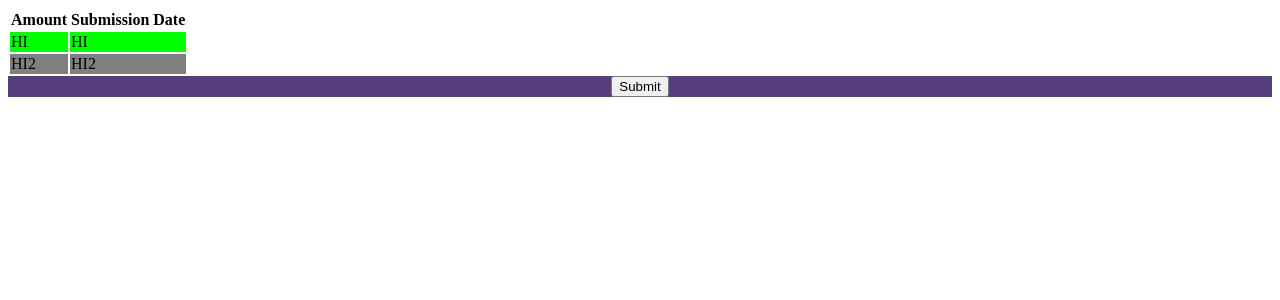
Repository: AlexHajek93/Workspace
Page: http://localhost/ERS_Web/Test.jsp
An editor plug-in stored every save of this project. The page is shown before and after the next save, followed by the edit.
The browser window is 1280 px wide. The pictures show the whole page.
The page is served by Tomcat 9.

Above is the page before, as saved 2016-08-11 23:32:56.

After the next save:
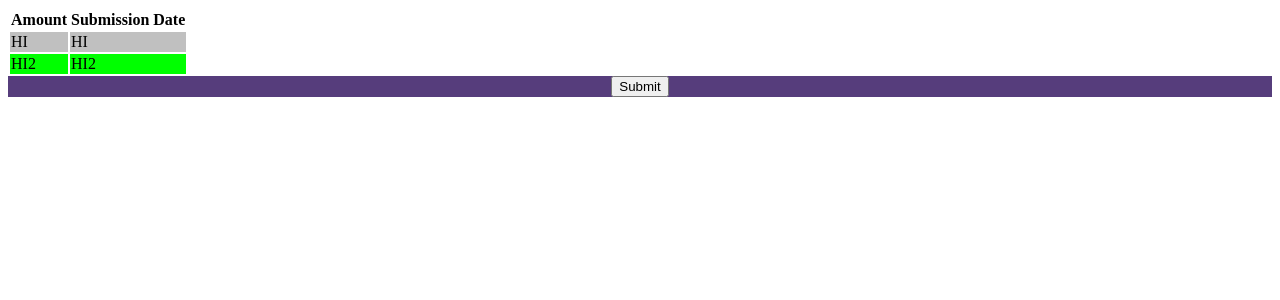
Saved 26 s later.
--- a/ERS_Web/WebContent/Test.jsp
+++ b/ERS_Web/WebContent/Test.jsp
@@ -11,8 +11,8 @@
 	<table class="table">
 		<tr style=""><th>Amount</th>
 		<th>Submission Date</th></tr>
-		<tr style="background-color:lime;"><td>HI</td><td>HI</td></tr>
-		<tr style="background-color:gray;"><td>HI2</td><td>HI2</td></tr>
+		<tr class="Pending"><td>HI</td><td>HI</td></tr>
+		<tr class="Approved"><td>HI2</td><td>HI2</td></tr>
 	</table>
 	<form action="test.do" method="post" style="color:#fff; background-color: #563d7c; border-color: #563d7c;"><input type="submit"/></form>
 </body>
